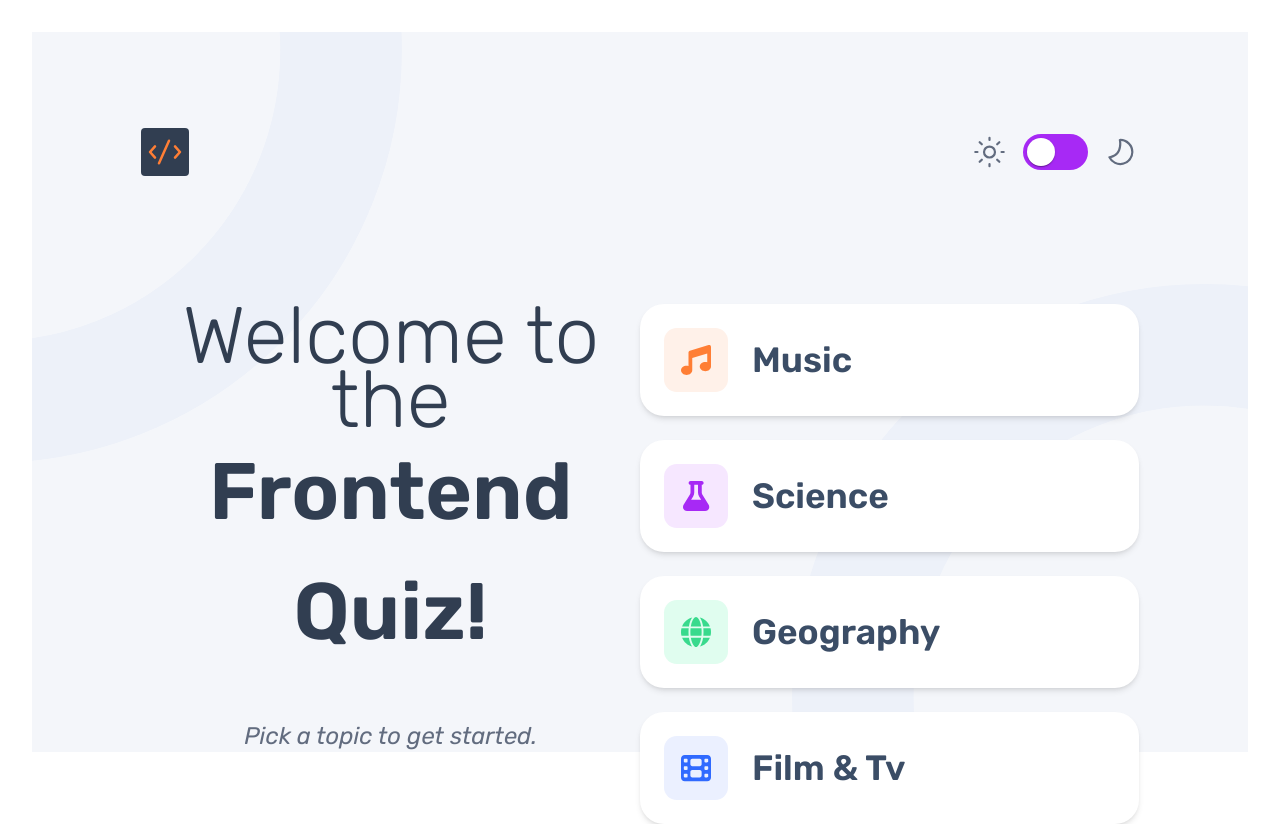
Repository: Shenixo/QuizApp
Page: /
These files come from the project's save history. The page is drawn as it stood at one moment and after the next save; the edit follows.
The browser window is 1280 px wide. The pictures show the whole page.
The project was rebuilt for these pictures with package versions that can differ from the ones it lists, and the page was loaded fresh each time. Also part of the build but not shown: vite.config.js.

Above is the page before, as saved 2025-03-31 15:05:03.

After the next save:
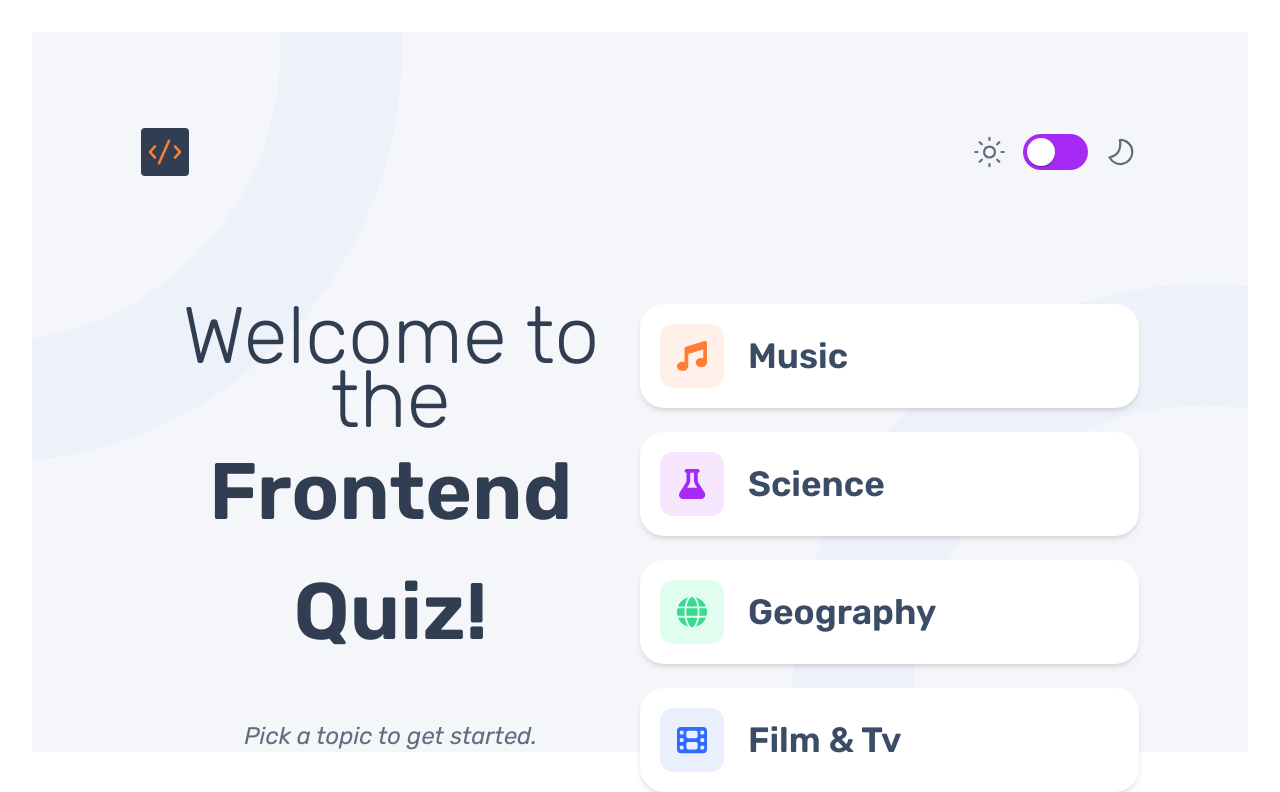
Saved 50 s later.
--- a/src/Components/Option/Option.jsx
+++ b/src/Components/Option/Option.jsx
@@ -20,7 +20,7 @@ const Option = () => {
           className={`
             ${isDarkMode ? "bg-[#3b4d66] text-white" : "bg-white text-[#3b4d66]"}
             transition-all duration-500 ease-in-out shadow-md shadow-[rgba(0,0,0,0.1)]
-            p-6 rounded-[1.5rem] cursor-pointer capitalize text-[2.2rem] font-semibold flex items-center gap-6
+            p-5 rounded-[1.5rem] cursor-pointer capitalize text-[2.2rem] font-semibold flex items-center gap-6
           `}
         >
           <div className={`w-16 h-16 flex items-center justify-center rounded-[.8rem] ${boxColor}`}>
